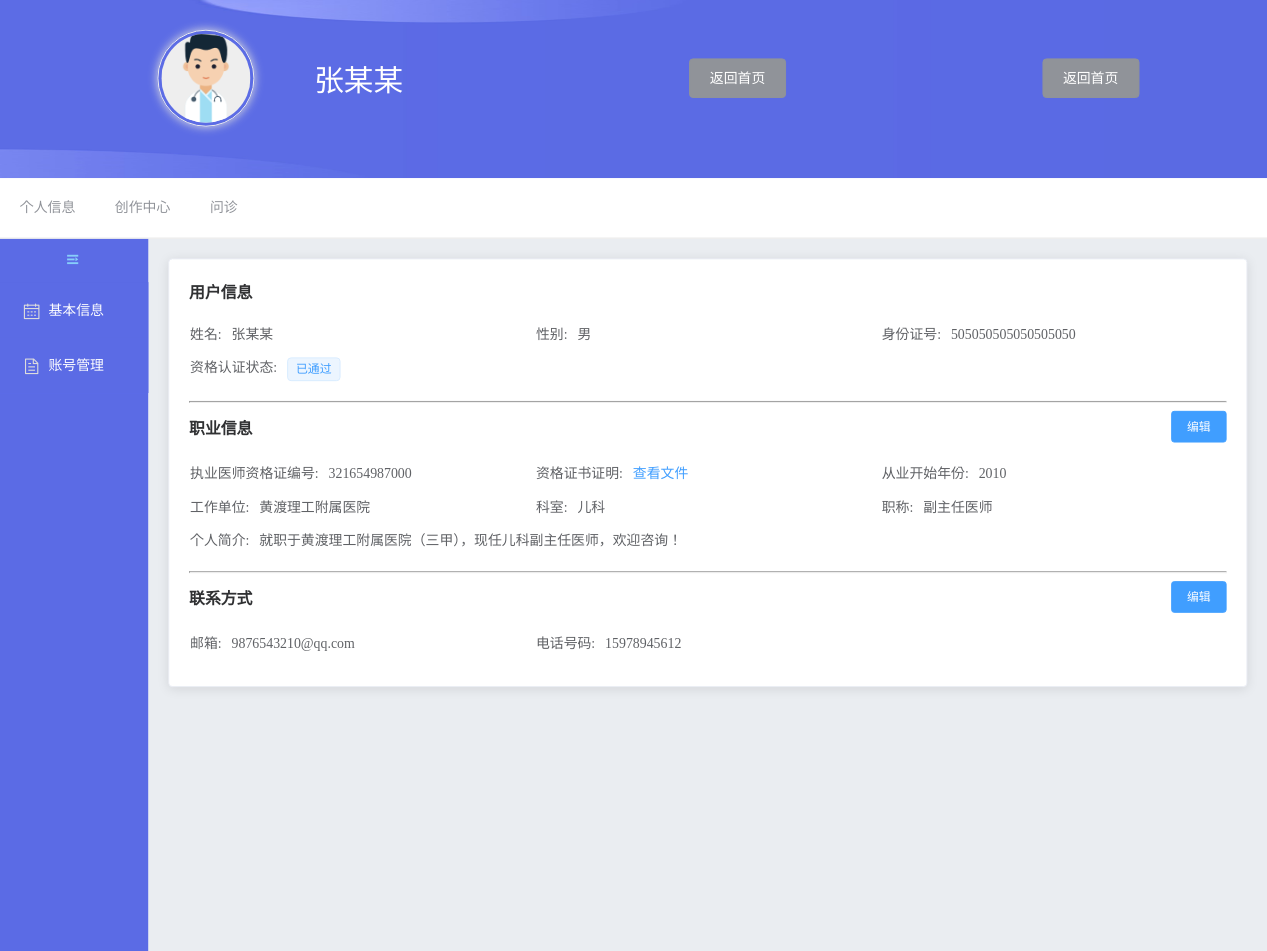
Repository: DiscreteL/SOA_Front
Page: /#/userhome2
An editor plug-in stored every save of this project. The page is shown before and after the next save, followed by the edit.
The browser window is 1280 px wide. The pictures show the whole page, at 99% of full size.
The project was rebuilt for these pictures with package versions that can differ from the ones it lists, and the page was loaded fresh each time. Also part of the build but not shown: vue.config.js, src/components/navigation.vue, src/components/dialog.vue, src/views/news.vue, src/components/announcement.vue, src/components/patientKnow.vue, src/views/Home.vue, src/views/login.vue and 15 more.

Above is the page before, as saved 2021-11-29 10:31:43.

After the next save:
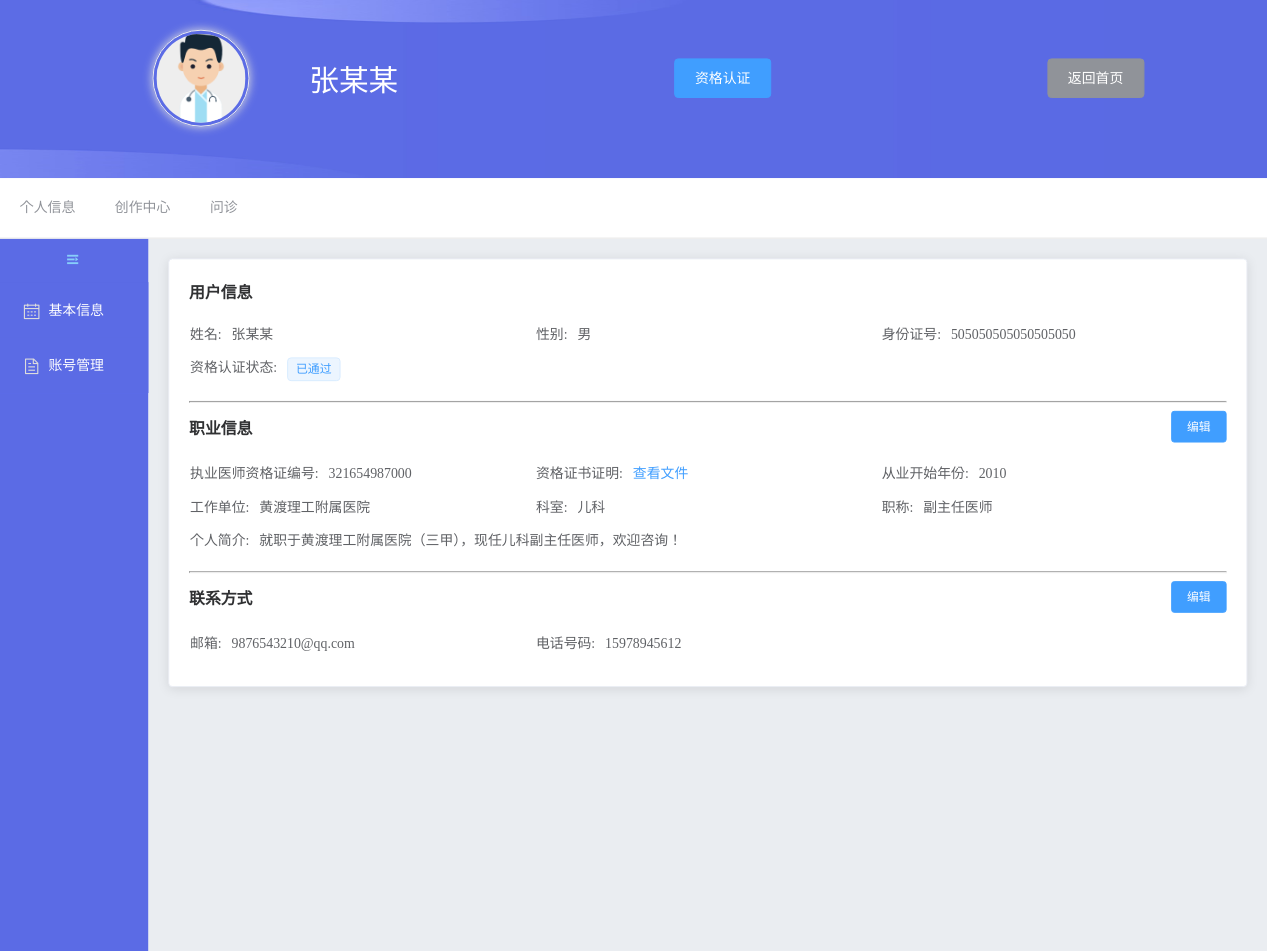
Saved 46 s later.
--- a/src/components/userhomenav2.vue
+++ b/src/components/userhomenav2.vue
@@ -20,10 +20,10 @@
           </div>
         </div>
         <div>
-          <el-button type="info" @click="returnhome">返回首页</el-button>
+          <el-button type="primary" @click="returnhome">资格认证</el-button>
         </div>
         <div>
-          <el-button type="info" @click="returnhome">返回首页</el-button>
+          <el-button type="info" style="margin-left:30px" @click="returnhome">返回首页</el-button>
         </div>
       </div>
     </div>
